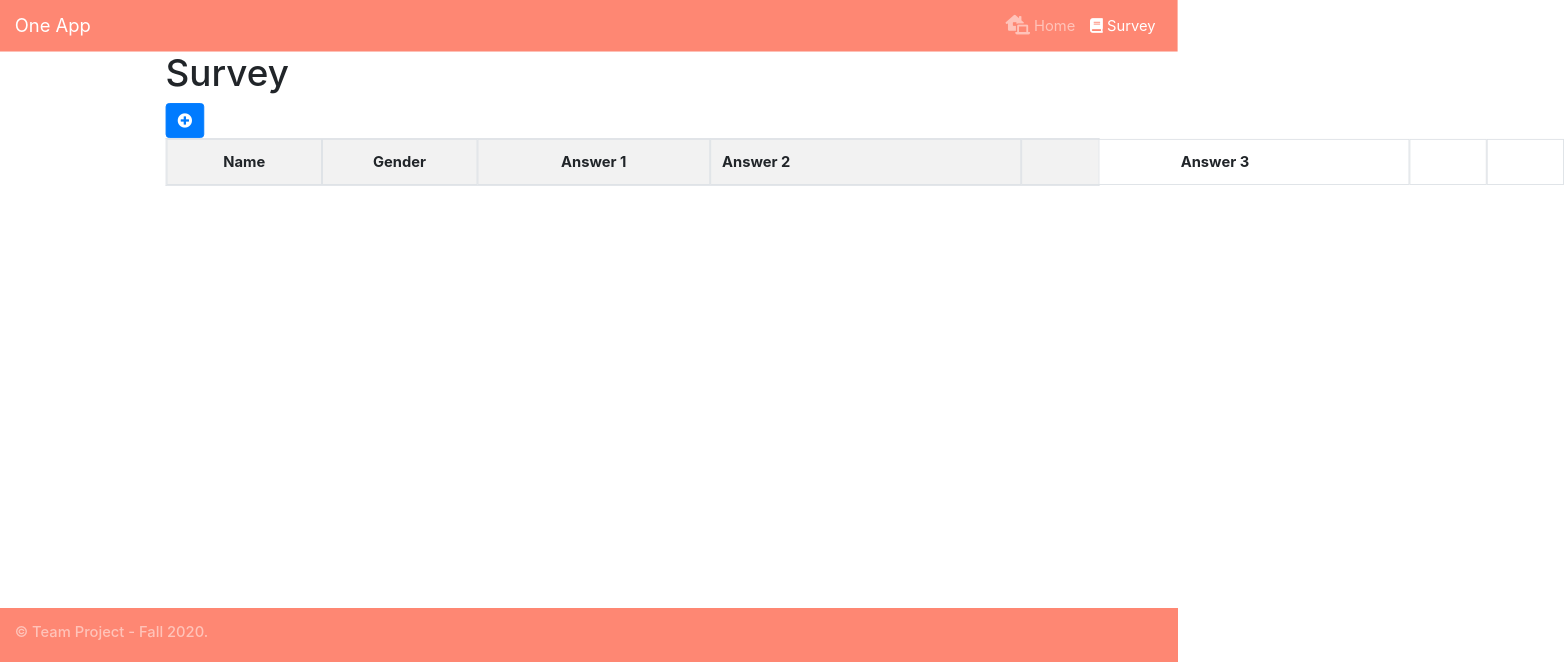
Repository: Dyazho/group-project
Page: http://localhost/survey
The author's editor kept a copy of each file at every save. The page is drawn from the files as they stood at one save, then again after the next save.
The browser window is 1280 px wide. The page is 1700 px wide, then 1616 px, so the pictures cover 1700 px, including what lies to the right of the window. The pictures show the whole page, at 92% of full size.
The page is served by the project's Node server (server.js). Other server files are loaded and not shown. Queries for data that is not in the repository find no rows.

Above is the page before, as saved 2020-11-16 11:07:33.

### server/views/book/list.ejs
<%- include ../partials/header.ejs %>

<%- include ../partials/main_nav.ejs %>


  <!-- Main Content -->
  <main class="container">
    <div class="row">
        <div class="offset-md-1 col-md-11">
            <h1><%= title %></h1>
            <a href="/survey/add" class="btn btn-primary" role="button">
            <i class="fas fa-plus-circle"></i></a>
            <br>
            <table class="table table-bordered table-striped table-hover">
                <!-- Header Row-->
                <tr class="d-flex">
                    <th class="text-center col-2">Name</th>
                    <th class="text-center col-2">Gender</th>
                    <th class="text-center col-3">Answer 1</th>
                    <th class="col-4">Answer 2</th>
                    <th class="text-center col-5">Answer 3</th>
                    <th class="text-center col-1"></th>
                    <th class="text-center col-1"></th>
                </tr>

                <!-- Repeatable Template Row -->

                <% for(let count = 0; count < BookList.length; count++) { %>
                    <tr class="d-flex">
                        <td class="text-center col-2"><%= BookList[count].name %></td>
                        <td class="text-center col-2"><%= BookList[count].gender %></td>
                        <td class="text-center col-1"><%= BookList[count].question1 %></td>
                        <td class="col-4"><%= BookList[count].question2 %></td>
                        <td class="text-center col-1"><%= BookList[count].question3 %></td>
                        <td class="text-center col-1">
                            <a href="/survey/edit/<%= BookList[count]._id %>" class="btn btn-primary btn-sm">
                            <i class="fas fa-pencil-alt"></i> Edit</a>
                        </td>
                        <td class="text-center col-1">
                            <a href="/survey/delete/<%= BookList[count]._id %>" class="btn btn-danger btn-sm">
                            <i class="fas fa-trash-alt"></i> Delete</a>
                        </td>
                    </tr>
                <% } %>
            </table>
        </div>
    </div>
  </main>

<%- include ../partials/bottom_nav.ejs %>

<%- include ../partials/footer.ejs %>

### server/views/partials/header.ejs
<!DOCTYPE html>
<html lang="en">
<head>
  <meta charset="UTF-8">
  <meta name="viewport" content="width=device-width, initial-scale=1.0">
  <title><%= title %></title>
  <!-- CSS Section -->

  <link rel="stylesheet" href="/bootstrap/dist/css/bootstrap.min.css">
  <link rel="stylesheet" href="/@fortawesome/fontawesome-free/css/all.min.css">
  <link rel='stylesheet' href='/Content/app.css' />

</head>
<body>

### server/views/partials/main_nav.ejs
<!-- Main Navigation -->
  <nav class="navbar navbar-expand-lg navbar-dark navbar-colorr">

    <a class="navbar-brand" href="/survey"> One App</a>
    <button class="navbar-toggler" type="button" data-toggle="collapse" data-target="#navbarSupportedContent" aria-controls="navbarSupportedContent" aria-expanded="false" aria-label="Toggle navigation">
      <span class="navbar-toggler-icon"></span>
    </button>

    <div class="collapse navbar-collapse" id="navbarSupportedContent">
      <ul class="navbar-nav ml-auto">

        <% if (title == "Home"){ %>
        <li class="nav-item active">
        <% } else  { %>
        <li class="nav-item">
        <% } %>
          <a class="nav-link" href="/home"><i class="fas fa-lg fa-laptop-house"></i> Home </a>
        </li>


        <% if (title == "Survey") { %>
        <li class="nav-item active">
        <% } else  { %>
        <li class="nav-item">
        <% } %>
          <a class="nav-link" href="/survey"><i class="fas fa-book"></i> Survey </a>
        </li>


    </div>
  </nav>

### server/views/partials/bottom_nav.ejs
<!-- Bottom Nav -->
  <footer>
    <nav class="navbar fixed-bottom navbar-dark navbar-colorr">
      <h6 class="display-6 navbar-text">&copy; Team Project - Fall 2020.</h6>
    </nav>
  </footer>

### server.js
#!/usr/bin/env node


/*  Sanamdeep Singh
    301107513       */


/**
 * Module dependencies.
 */

var app = require('./server/config/app');
var debug = require('debug')('week-4:server');
var http = require('http');

/**
 * Get port from environment and store in Express.
 */

var port = normalizePort(process.env.PORT || '3000');
app.set('port', port);

/**
 * Create HTTP server.
 */

var server = http.createServer(app);

/**
 * Listen on provided port, on all network interfaces.
 */

server.listen(port);
server.on('error', onError);
server.on('listening', onListening);

/**
 * Normalize a port into a number, string, or false.
 */

function normalizePort(val) {
  var port = parseInt(val, 10);

  if (isNaN(port)) {
    // named pipe
    return val;
  }

  if (port >= 0) {
    // port number
    return port;
  }

  return false;
}

/**
 * Event listener for HTTP server "error" event.
 */

function onError(error) {
  if (error.syscall !== 'listen') {
    throw error;
  }

  var bind = typeof port === 'string'
    ? 'Pipe ' + port
    : 'Port ' + port;

  // handle specific listen errors with friendly messages
  switch (error.code) {
    case 'EACCES':
      console.error(bind + ' requires elevated privileges');
      process.exit(1);
      break;
    case 'EADDRINUSE':
      console.error(bind + ' is already in use');
      process.exit(1);
      break;
    default:
      throw error;
  }
}

/**
 * Event listener for HTTP server "listening" event.
 */

function onListening() {
  var addr = server.address();
  var bind = typeof addr === 'string'
    ? 'pipe ' + addr
    : 'port ' + addr.port;
  debug('Listening on ' + bind);
}

### server/controllers/book.js
let express = require('express');
let router = express.Router();
let mongoose = require('mongoose');

// create a reference to the model
let Book = require('../models/book');

module.exports.displayBookList = (req, res, next) => {
    Book.find((err, bookList) => {
        if(err)
        {
            return console.error(err);
        }
        else
        {
            //console.log(BookList);

            res.render('book/list', {title: 'Survey', BookList: bookList});
        }
    });
}

module.exports.displayAddPage = (req, res, next) => {
    res.render('book/add', {title: 'Add'})
}

module.exports.processAddPage = (req, res, next) => {
    let newBook = Book({
        "name": req.body.name,
        "author": req.body.author,
        "published": req.body.published,
        "description": req.body.description,
        "price": req.body.price
    });

    Book.create(newBook, (err, Book) =>{
        if(err)
        {
            console.log(err);
            res.end(err);
        }
        else
        {
            // refresh the book list
            res.redirect('/survey');
        }
    });

}

module.exports.displayEditPage = (req, res, next) => {
    let id = req.params.id;

    Book.findById(id, (err, bookToEdit) => {
        if(err)
        {
            console.log(err);
            res.end(err);
        }
        else
        {
            //show the edit view
            res.render('book/edit', {title: 'Edit', book: bookToEdit})
        }
    });
}

module.exports.processEditPage = (req, res, next) => {
    let id = req.params.id

    let updatedBook = Book({
        "_id": id,
        "name": req.body.name,
        "author": req.body.author,
        "published": req.body.published,
        "description": req.body.description,
        "price": req.body.price
    });

    Book.updateOne({_id: id}, updatedBook, (err) => {
        if(err)
        {
            console.log(err);
            res.end(err);
        }
        else
        {
            // refresh the book list
            res.redirect('/survey');
        }
    });
}

module.exports.performDelete = (req, res, next) => {
    let id = req.params.id;

    Book.remove({_id: id}, (err) => {
        if(err)
        {
            console.log(err);
            res.end(err);
        }
        else
        {
             // refresh the book list
             res.redirect('/survey');
        }
    });
}

### public/Content/app.css
/* custom css goes here */

.navbar-colorr {
  background-color: #fe8773;
}

### public/Scripts/app.js
/*  Sanamdeep Singh
    301107513       */


// IIFE -- Immediately Invoked Function Expression
(function(){

    function Start()
    {
        console.log("App Started...");

        let deleteButtons = document.querySelectorAll('.btn-danger');

        for(button of deleteButtons)
        {
            button.addEventListener('click', (event)=>{
                if(!confirm("Are you sure?"))
                {
                    event.preventDefault();
                    window.location.assign('/book-list');
                }
            });
        }
    }

    window.addEventListener("load", Start);

})();

Loaded but not shown: server/views/partials/footer.ejs (common file)

After the next save:
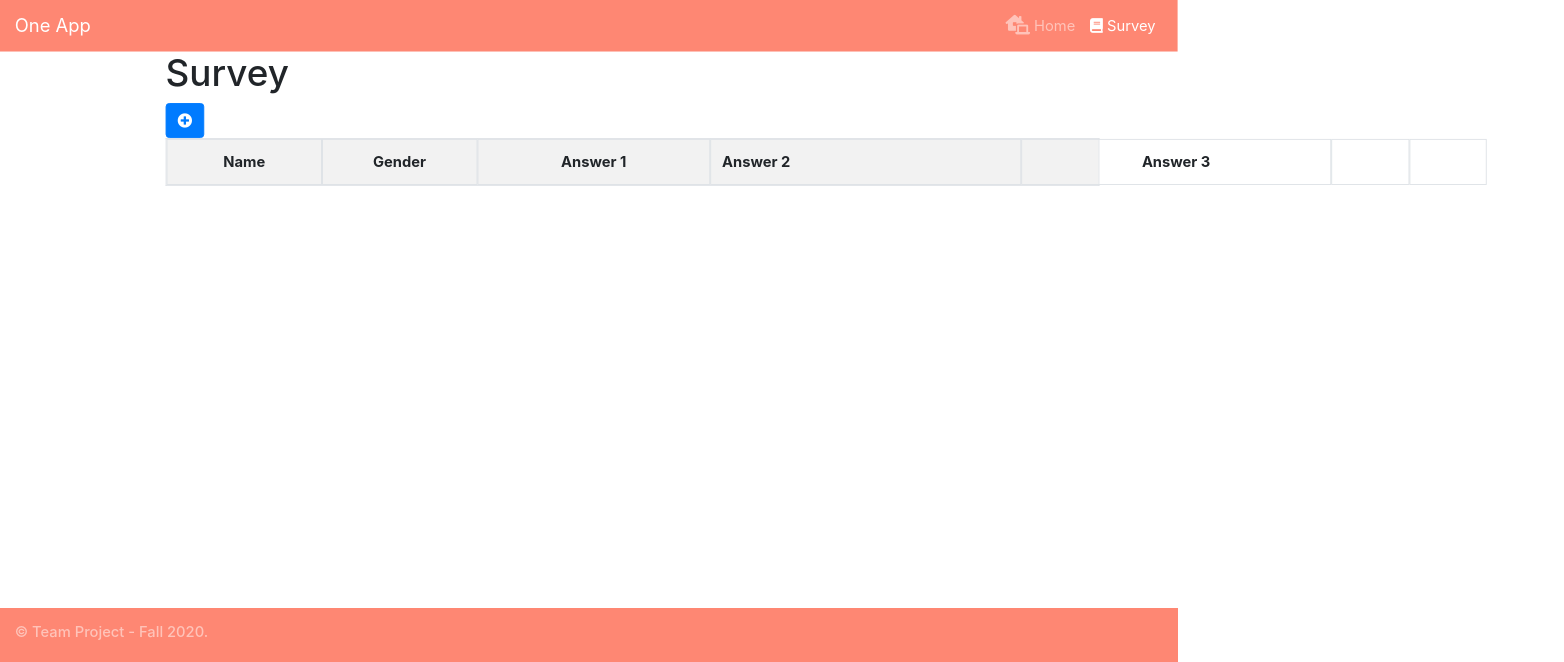
Saved 8 s later.
--- a/server/views/book/list.ejs
+++ b/server/views/book/list.ejs
@@ -18,7 +18,7 @@
                     <th class="text-center col-2">Gender</th>
                     <th class="text-center col-3">Answer 1</th>
                     <th class="col-4">Answer 2</th>
-                    <th class="text-center col-5">Answer 3</th>
+                    <th class="text-center col-4">Answer 3</th>
                     <th class="text-center col-1"></th>
                     <th class="text-center col-1"></th>
                 </tr>
